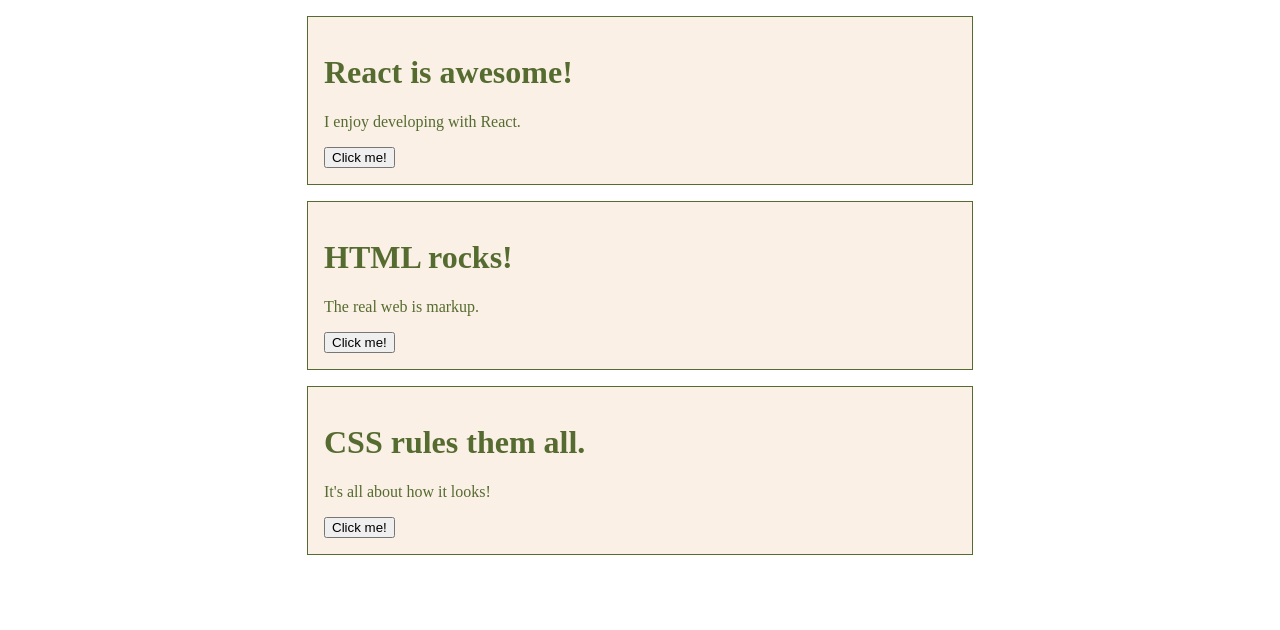
Repository: j1s00jang/frontend_bookstore
Page: /
The author's editor kept a copy of each file at every save. The page is drawn from the files as they stood at one save, then again after the next save.
The browser window is 1280 px wide. The pictures show the whole page.
The project was rebuilt for these pictures with package versions that can differ from the ones it lists, and the page was loaded fresh each time. Also part of the build but not shown: vite.config.js.

Above is the page before, as saved 2025-09-08 16:03:11.

### index.html
<!DOCTYPE html>
<html lang="en">
    <head>
        <meta charset="UTF-8" />
        <link
            rel="icon"
            type="image/svg+xml"
            href="/favicon.ico"
        />
        <meta
            name="viewport"
            content="width=device-width, initial-scale=1.0"
        />
        <title>Let's grab a bagel with Shema!</title>
    </head>
    <body>
        <div id="root">
            <!-- YOUR APPLICATION LIVES HERE -->
        </div>
        <script
            type="module"
            src="/src/main.jsx"
        ></script>
    </body>
</html>

### src/index.css
.excerpt {
    width: 50%;
    padding: 1em;
    margin: 1em auto;
    border: 1px solid;
    color: darkolivegreen;
    background-color: linen;
}

### src/App.jsx
function App() {
    return (
        <div>
            <Excerpt
                title="React is awesome!"
                body="I enjoy developing with React."
            />
            <Excerpt
                title="HTML rocks!"
                body="The real web is markup."
            />
            <Excerpt
                title="CSS rules them all."
                body="It's all about how it looks!"
            />
        </div>
    );
}

function Excerpt(props) {
    return (
        <div className="excerpt">
            <h1>{props.title}</h1>
            <p>{props.body}</p>
            <button>Click me!</button>
        </div>
    );
}
export default App;

Loaded but not shown: src/main.jsx (common file)

After the next save:
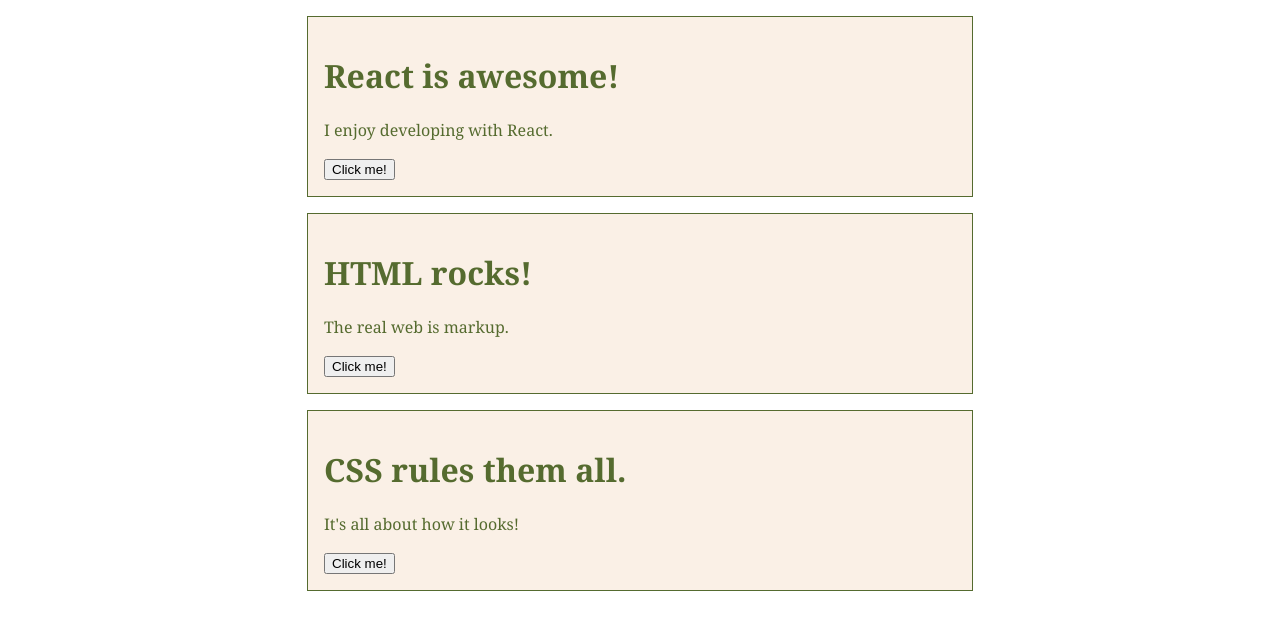
Saved 24 s later.
--- a/src/index.css
+++ b/src/index.css
@@ -5,4 +5,5 @@
     border: 1px solid;
     color: darkolivegreen;
     background-color: linen;
+    font-family: Georgia, "Times New Roman", Times, serif;
 }
